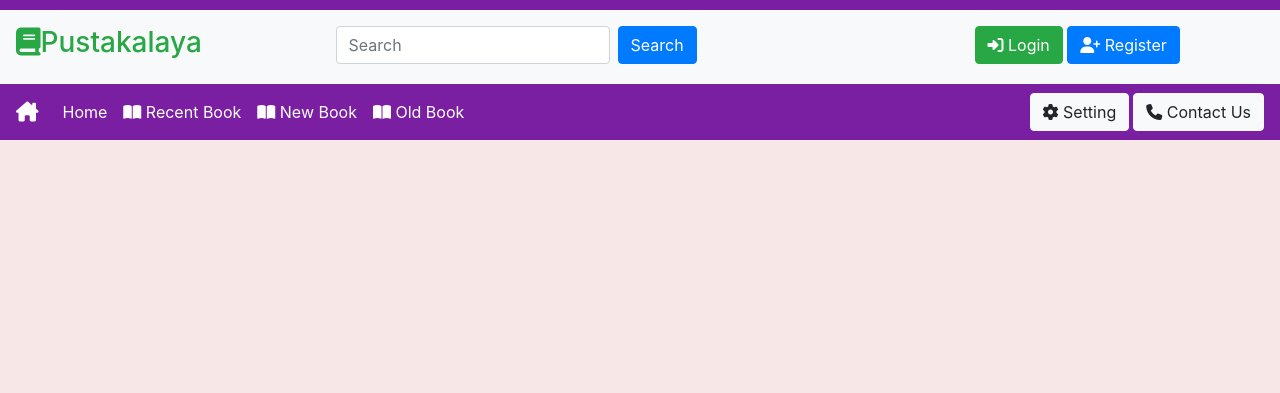
Repository: kalaprabhakar/Pustakalay_Web_Application
Page: http://localhost/E_Book_Management/user_address.jsp
These files come from the project's save history. The page is drawn as it stood at one moment and after the next save; the edit follows.
The browser window is 1280 px wide. The pictures show the whole page.
Some web libraries are served in a nearby version. The page is served by Tomcat 10. Other server files are loaded and not shown.

Above is the page before, as saved 2024-02-28 14:43:53.

### E_Book_Management/src/main/webapp/user_address.jsp
<%@ page language="java" contentType="text/html; charset=ISO-8859-1"
	pageEncoding="ISO-8859-1"%>
<!DOCTYPE html>
<html>
<head>
<meta charset="ISO-8859-1">
<title>Insert title here</title>
<%@ include file="all_component/allcss.jsp"%>
</head>
<body style="background-color: #f7e7e6">
	<%@ include file="all_component/navbar.jsp"%>
</body>
</html>

### E_Book_Management/src/main/webapp/all_component/allcss.jsp
<link rel="stylesheet"
	href="https://cdn.jsdelivr.net/npm/bootstrap@4.0.0/dist/css/bootstrap.min.css"
	integrity="sha384-Gn5384xqQ1aoWXA+058RXPxPg6fy4IWvTNh0E263XmFcJlSAwiGgFAW/dAiS6JXm"
	crossorigin="anonymous">

<script src="https://code.jquery.com/jquery-3.2.1.slim.min.js"
	integrity="sha384-KJ3o2DKtIkvYIK3UENzmM7KCkRr/rE9/Qpg6aAZGJwFDMVNA/GpGFF93hXpG5KkN"
	crossorigin="anonymous"></script>
<script
	src="https://cdn.jsdelivr.net/npm/popper.js@1.12.9/dist/umd/popper.min.js"
	integrity="sha384-ApNbgh9B+Y1QKtv3Rn7W3mgPxhU9K/ScQsAP7hUibX39j7fakFPskvXusvfa0b4Q"
	crossorigin="anonymous"></script>
<script
	src="https://cdn.jsdelivr.net/npm/bootstrap@4.0.0/dist/js/bootstrap.min.js"
	integrity="sha384-JZR6Spejh4U02d8jOt6vLEHfe/JQGiRRSQQxSfFWpi1MquVdAyjUar5+76PVCmYl"
	crossorigin="anonymous"></script>
<link rel="stylesheet"
	href="https://cdnjs.cloudflare.com/ajax/libs/font-awesome/6.5.1/css/all.min.css"
	integrity="sha512-DTOQO9RWCH3ppGqcWaEA1BIZOC6xxalwEsw9c2QQeAIftl+Vegovlnee1c9QX4TctnWMn13TZye+giMm8e2LwA=="
	crossorigin="anonymous" referrerpolicy="no-referrer" />

	<link  rel="stylesheet" href="all_component/style.css"/>

### E_Book_Management/src/main/webapp/all_component/navbar.jsp
<%@ taglib prefix="c" uri="http://java.sun.com/jsp/jstl/core"%>
<%@ page isELIgnored="false" %>

<div class="container-fluid" style="height : 10px ; background-color:  #7B1FA2 "></div>

<div class="container-fluid p-3 bg-light">
 <div class="row">
     <div class="col-md-3 text-success">
        <h3 > <i class="fa-solid fa-book"></i>Pustakalaya</h3>
     </div>
    <div class="col-md-6">
       <form class="form-inline my-2 my-lg-0">
      <input class="form-control mr-sm-2" type="search" placeholder="Search" aria-label="Search">
      <button class="btn btn-primary my-2 my-sm-0" type="submit">Search</button>
    </form>

    </div>
    <c:if test="${not empty userobj }">
    <div class="col-md-3">

    <a href="checkout.jsp" class="btn btn-ligh"><i class="fa-solid fa-cart-shopping  "></i></a>

      <a href="" class="btn btn-success"><i class="fa-solid fa-user-plus"></i>${userobj.name }</a>
      <a href="logout" class="btn btn-primary"><i class="fa-solid fa-right-to-bracket"></i> Logout</a>

    </div>

    </c:if>

    <c:if test="${ empty userobj }">
    <div class="col-md-3">
      <a href="login.jsp" class="btn btn-success"><i class="fa-solid fa-right-to-bracket"></i> Login</a>
      <a href="register.jsp" class="btn btn-primary"><i class="fa-solid fa-user-plus"></i> Register</a>

    </div>

    </c:if>

 </div>


</div>

<nav class="navbar navbar-expand-lg navbar-dark bg-custom">
  <a class="navbar-brand" href="#"><i class="fa-solid fa-house-chimney"></i></a>
  <button class="navbar-toggler" type="button" data-toggle="collapse" data-target="#navbarSupportedContent" aria-controls="navbarSupportedContent" aria-expanded="false" aria-label="Toggle navigation">
    <span class="navbar-toggler-icon"></span>
  </button>

  <div class="collapse navbar-collapse" id="navbarSupportedContent">
    <ul class="navbar-nav mr-auto">
      <li class="nav-item active">
        <a class="nav-link" href="index.jsp">Home <span class="sr-only">(current)</span></a>
      </li>
      <li class="nav-item active">
        <a class="nav-link" href="all_recent_book.jsp"> <i class="fa-solid fa-book-open"></i> Recent Book</a>
      </li>
      <li class="nav-item active">
        <a class="nav-link" href="all_new_book.jsp"> <i class="fa-solid fa-book-open"></i> New Book</a>
      </li>

      </li>
      <li class="nav-item active">
        <a class="nav-link disabled" href="all_old_book.jsp"> <i class="fa-solid fa-book-open"></i> Old Book</a>
      </li>
    </ul>
    <form class="form-inline my-2 my-lg-0">
      <a href="setting.jsp" class="btn btn-light my-2 my-sm-0" type="submit"><i class="fa-solid fa-gear"></i> Setting</a>
      <button class="btn btn-light my-2 my-sm-0 ml-1" type="submit"><i class="fa-solid fa-phone"></i> Contact Us</button>
    </form>
  </div>
</nav>

### E_Book_Management/src/main/webapp/all_component/style.css
.bg-custom {
	background-color : #7B1FA2 ;
}

.navbar .nav-item:hover .nav-link{

	background-color: white;
	color : black;
	border-radius : 20px ;
}

After the next save:
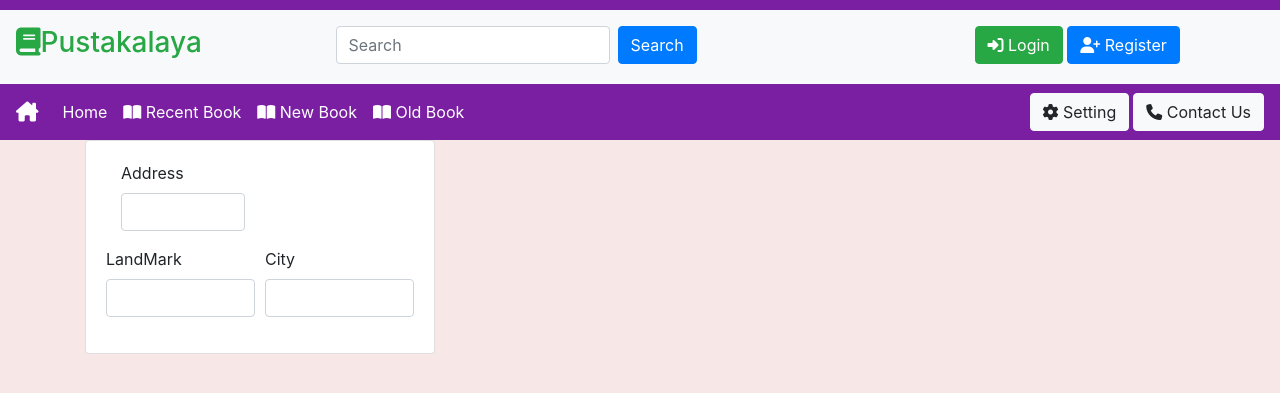
Saved 5 min 6 s later.
--- a/E_Book_Management/src/main/webapp/user_address.jsp
+++ b/E_Book_Management/src/main/webapp/user_address.jsp
@@ -9,5 +9,39 @@
 </head>
 <body style="background-color: #f7e7e6">
 	<%@ include file="all_component/navbar.jsp"%>
+
+
+	<div class="container">
+		<div class="row">
+			<div class="col-md-4 offest-md-4">
+				<div class="card">
+					<div class="card-body">
+						<form method="post" action="">
+
+					<div class="form-group col-md-6">
+						<label for="inputPassword4">Address</label> <input type="text"
+							class="form-control" id="inputPassword4">
+					</div>
+
+				<div class="form-row">
+					<div class="form-group col-md-6">
+						<label for="inputEmail4">LandMark</label> <input type="text"
+							class="form-control" id="inputEmail4">
+					</div>
+					<div class="form-group col-md-6">
+						<label for="inputPassword4">City</label> <input type="text"
+							class="form-control" id="inputPassword4">
+					</div>
+
+
+					</form>
+
+				</div>
+
+			</div>
+
+		</div>
+	</div>
+	</div>
 </body>
 </html>
